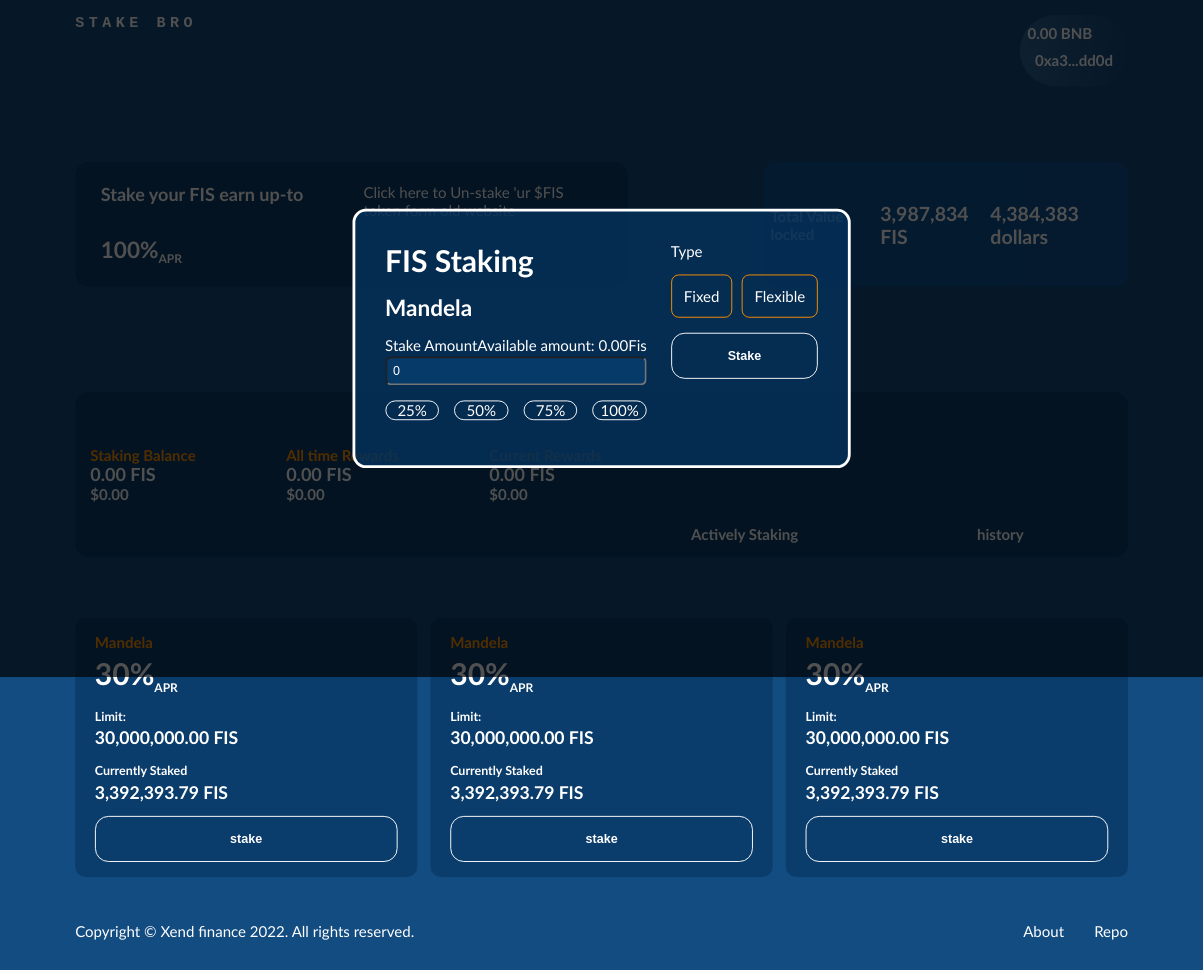
Repository: NorVirae/Stake
Page: /, after clicking the first element matching `button.stake-button`
These files come from the project's save history. The page is drawn as it stood at one moment and after the next save; the edit follows.
The browser window is 1280 px wide. The pictures show the whole page, at 94% of full size.
The pointer rests on the first visible `.stake-modal`.
The project was rebuilt for these pictures with package versions that can differ from the ones it lists, and the page was loaded fresh each time.

Above is the page before, as saved 2022-04-18 19:24:11.

After the next save:
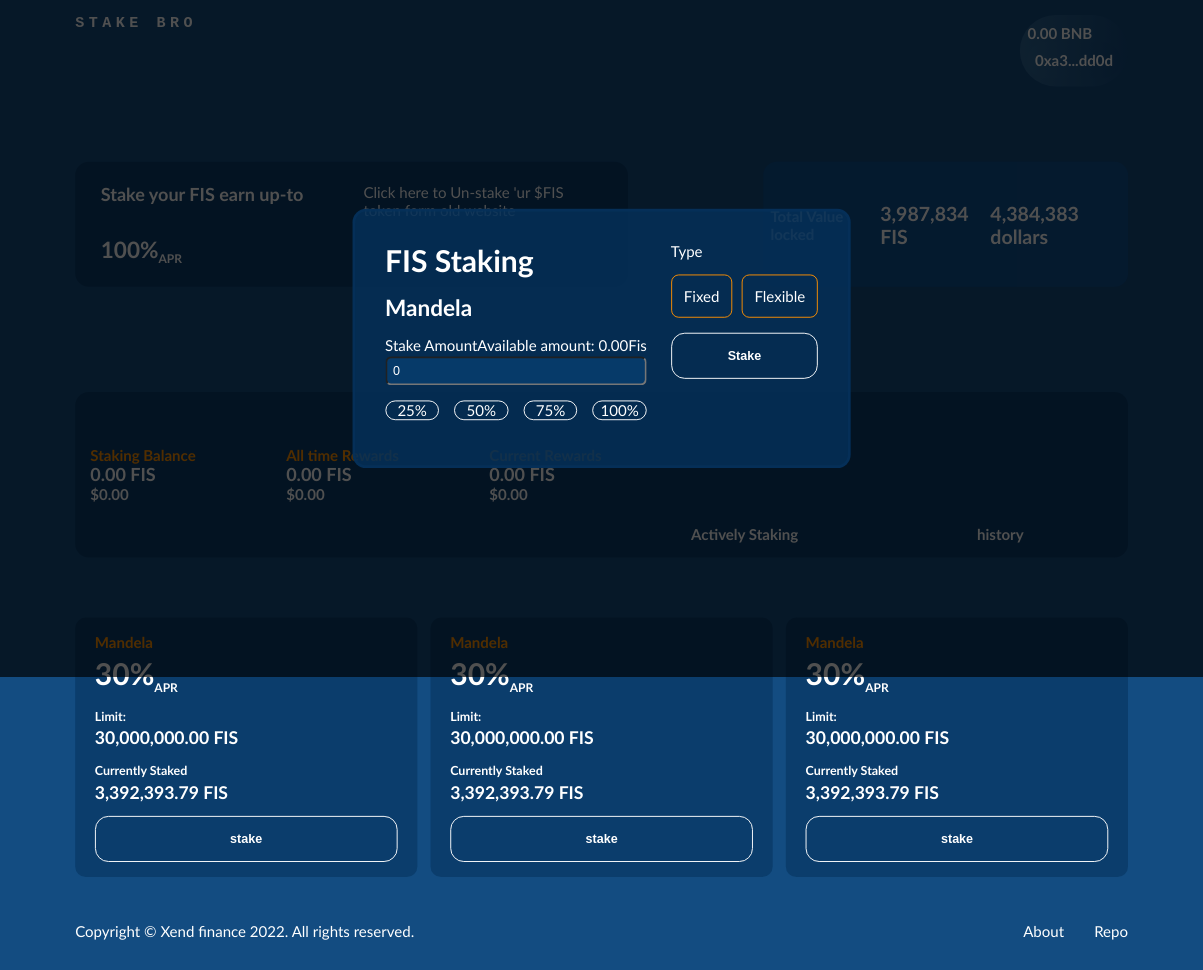
Saved 9 s later.
--- a/src/styles/app.css
+++ b/src/styles/app.css
@@ -301,7 +301,7 @@ footer ul{
 }
 
 .stake-modal:hover{
-    border: .2rem solid ;
+    border: .2rem solid #05315ad2 ;
 }
 
 .stake-inner-left{
